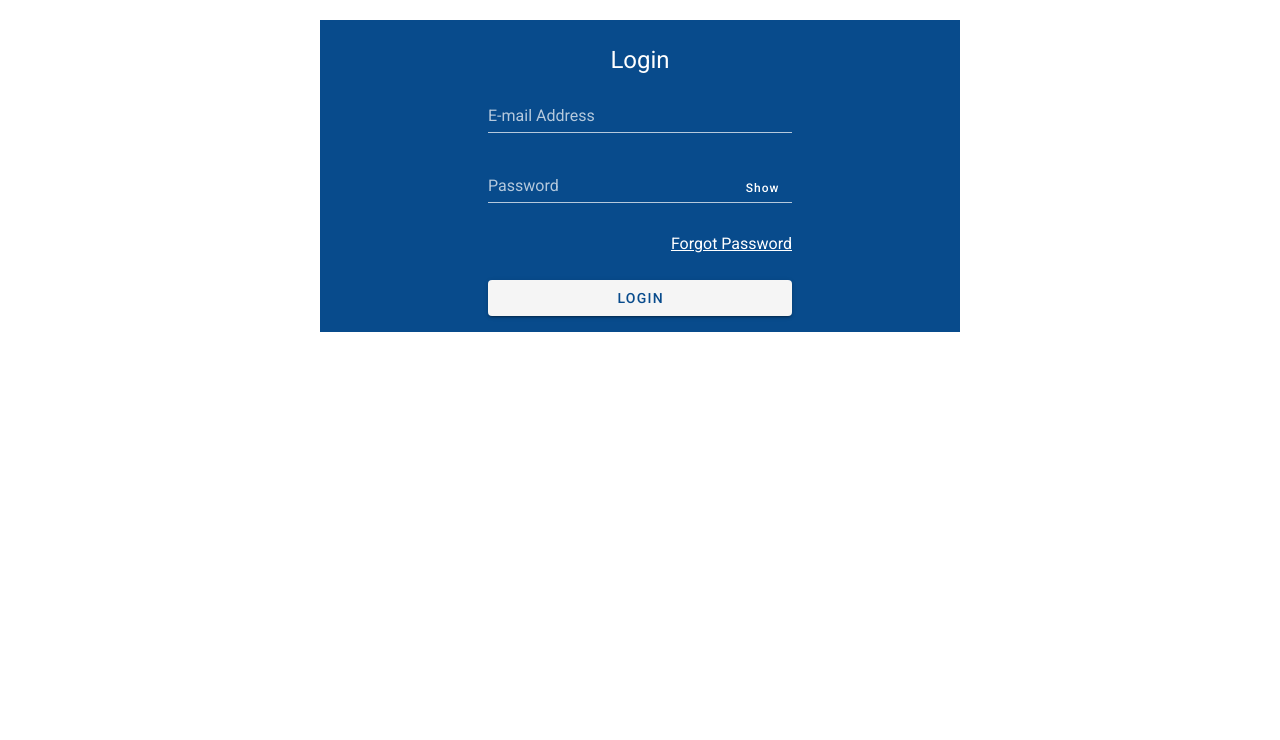
Repository: Grace229/Login
Page: /
These files come from the project's save history. The page is drawn as it stood at one moment and after the next save; the edit follows.
The browser window is 1280 px wide. The pictures show the whole page.
The project was rebuilt for these pictures with package versions that can differ from the ones it lists, and the page was loaded fresh each time. Also part of the build but not shown: vue.config.js. Imported but missing from the stored project, and not drawn on this page: src/components/EventBus, src/views/About.vue.

Above is the page before, as saved 2021-02-15 11:55:37.

### src/App.vue
<template>
  <v-app>
    <v-main><router-view></router-view> </v-main>
  </v-app>
</template>

<script>
export default {
  name: "App",

  components: {},

  data: () => ({
    //
  }),
};
</script>

### src/plugins/vuetify.js
import Vue from "vue";
import Vuetify from "vuetify/lib/framework";

Vue.use(Vuetify);

export default new Vuetify({
  theme: {
    options: {
      customProperties: true
    },
    themes: {
      light: {
        primary: "#084b8c",
        secondary: "#424242",
        accent: "#82B1FF",
        error: "#FF5252",
        info: "#2196F3",
        success: "#4CAF50",
        warning: "#FFC107"
      }
    }
  }
});

### src/views/Home.vue
<template>
  <main style="min-height:100vh">
    <div
      class="col-md-6 mt-5 mx-auto primary white--text d-flex flex-column justify-center pa-4 min-height:100vh"
    >
      <header>
        <div class="headline text-center py-2">
          Login
        </div>
      </header>

      <section class="mx-auto" style="width: 50%">
        <div>
          <v-text-field
            dark
            label="E-mail Address"
            v-model="FORM.email"
            :rules="[rules.required, rules.email]"
          />
        </div>
        <div>
          <v-text-field
            dark
            v-model="password"
            :rules="[rules.required]"
            label="Password"
            :type="showPassword ? 'text' : 'password'"
          >
            <v-btn
              text
              small
              slot="append"
              @click="showPassword = !showPassword"
              class="transparent text-capitalize"
              >{{ showPassword ? "hide" : "show" }}</v-btn
            >
          </v-text-field>

          <div class="text-right py-2">
            <router-link to="/#" class="white--text"
              >Forgot Password</router-link
            >
          </div>

          <div class="pt-4">
            <v-btn block class="primary--text">Login</v-btn>
          </div>
        </div>
      </section>
    </div>
  </main>
</template>

<script>
import axios from "axios";
import router from "../router";
import EventBus from "../components/EventBus";
export default {
  data() {
    return {
      email: "",
      password: "",
      FORM: {},
      showPassword: false,
      rules: {
        required: (value) => !!value || "Required.",
        counter: (value) => value.length <= 20 || "Max 20 characters",
        email: (value) => {
          const pattern = /^(([^<>()[\]\\.,;:\s@"]+(\.[^<>()[\]\\.,;:\s@"]+)*)|(".+"))@((\[[0-9]{1,3}\.[0-9]{1,3}\.[0-9]{1,3}\.[0-9]{1,3}])|(([a-zA-Z\-0-9]+\.)+[a-zA-Z]{2,}))$/;
          return pattern.test(value) || "Invalid e-mail.";
        },
      },
    };
  },
  methods: {
    login() {
      axios
        .post("/users/Login", {
          email: this.email,
          password: this.password,
        })
        .then((res) => {
          localStorage.setItem("usertoken", res.data);
          this.email = "";
          this.password = "";
          router.push({ name: "Profile" });
        })
        .catch((err) => {
          console.log(err);
        });
      this.emitMethod();
    },
    emitMethod() {
      EventBus.$emit("logged-in", "loggedin");
    },
  },
};
</script>

Loaded but not shown: public/index.html (common file); src/main.js (common file); src/router/index.js (common file); src/store/index.js (common file)

After the next save:
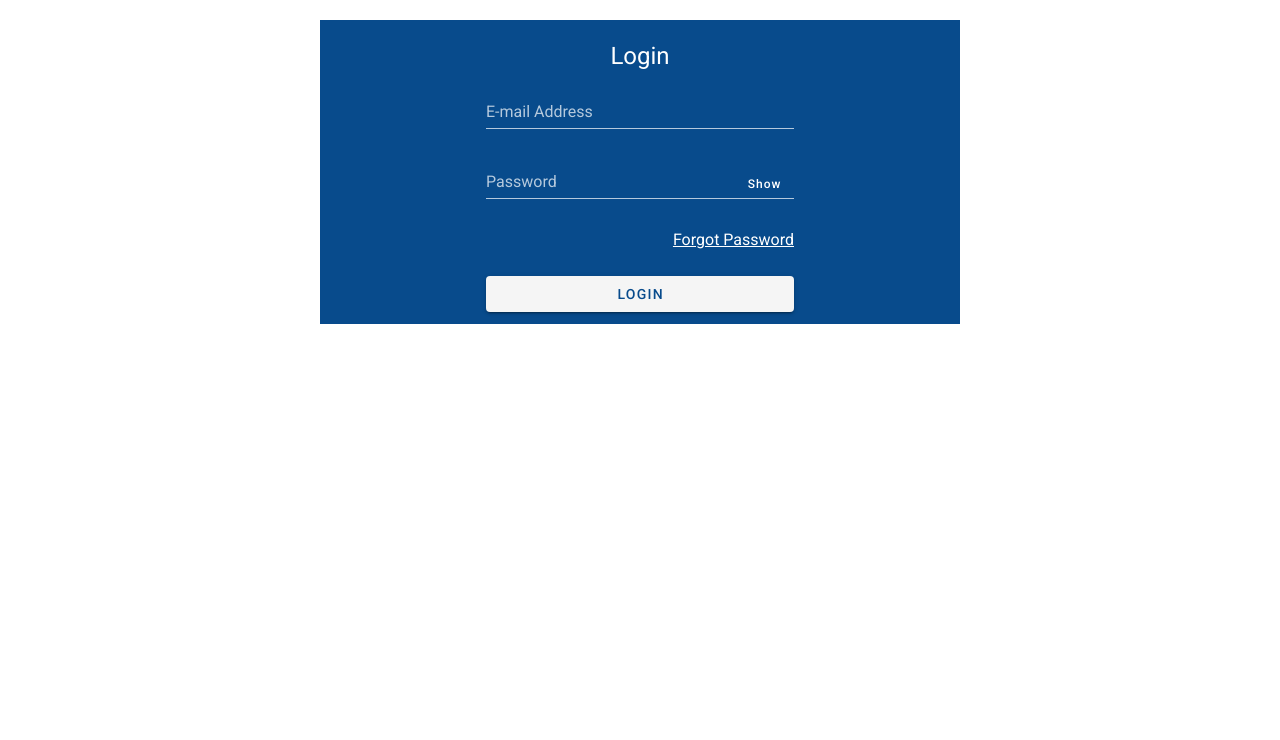
Saved 53 s later.
--- a/src/views/Home.vue
+++ b/src/views/Home.vue
@@ -1,7 +1,7 @@
 <template>
   <main style="min-height:100vh">
     <div
-      class="col-md-6 mt-5 mx-auto primary white--text d-flex flex-column justify-center pa-4 min-height:100vh"
+      class="col-md-6 mt-5 mx-auto primary white--text d-flex flex-column justify-center min-height:100vh"
     >
       <header>
         <div class="headline text-center py-2">
